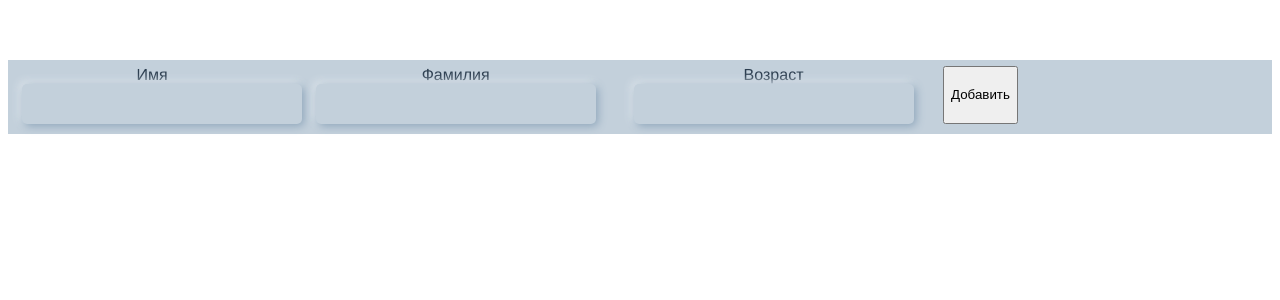
Repository: shum89/test-vue-table
Page: /
These files come from the project's save history. The page is drawn as it stood at one moment and after the next save; the edit follows.
The browser window is 1280 px wide. The pictures show the whole page.
The project was rebuilt for these pictures with package versions that can differ from the ones it lists, and the page was loaded fresh each time. Also part of the build but not shown: vue.config.js.

Above is the page before, as saved 2021-07-18 15:38:14.

### src/App.vue
<template>
  <Form @submit="addData" />
  <Table @remove="removeData" :list="list" />
</template>
<script>
import { uuid } from 'vue-uuid';
import { ref } from 'vue';
import Form from './components/Form.vue';
import Table from './components/Table.vue';

export default {
  components: { Form, Table },
  setup() {
    const list = ref([]);

    const normalizeString = (str) => {
      const result = str.charAt(0).toUpperCase() + str.slice(1).toLowerCase();
      return result;
    };

    const addData = (person) => {
      list.value.push({
        firstName: normalizeString(person.firstName),
        lastName: normalizeString(person.lastName),
        age: person.age,
        id: uuid.v1(),
      });
    };

    const removeData = (id) => {
      list.value = list.value.filter((i) => i.id !== id);
    };

    return {
      list,
      addData,
      removeData,
    };
  },
};
</script>
<script></script>

<style>
body {
  --base: #090e10;
  --base1: #ebeff3;
  --base2: #c3d0db;
  --base3: #88a1b7;
  --baseDark1: #396387;
  --baseDark2: #204566;
  --baseDark3: #152e44;
  --input-shadow: 2px 2px 9px var(--base3), -2px -2px 9px var(--base1);
  --input-shadow-active: inset 2px 2px 6px var(--base3), inset -2px -2px 6px var(--base1),
    1px 1px 6px var(--base3), -1px -1px 6px var(--base1);
  --shadow-transition: all 0.25s cubic-bezier(0.17, 0.67, 0.83, 0.67);
}
fieldset {
  border: none;
}
#app {
  font-family: Avenir, Helvetica, Arial, sans-serif;
  -webkit-font-smoothing: antialiased;
  -moz-osx-font-smoothing: grayscale;
  text-align: center;
  color: #2c3e50;
  margin-top: 60px;
  background: var(--base2);
  box-sizing: border-box;
}
.table__row-group {
  display: flex;
  align-items: center;
  flex-direction: column;
}
.table__row {
  display: grid;
  gap: 5px;
  grid-template-columns: repeat(3, 1fr);
  justify-content: center;
  max-width: 500px;
  width: 100%;
}
</style>

### src/components/Form.vue
<template>
  <form @submit.prevent="onSubmit">
    <fieldset class="form__fieldset">
      <label for="firstName">
        <span>Имя</span>
        <input class="form__input" v-model="person.firstName" type="text" id="firstName" />
      </label>

      <label for="lastName">
        <span>Фамилия</span>
        <input class="form__input" v-model="person.lastName" type="text" id="lastName" />
      </label>

      <label for="age">
        <span>Возраст</span>
        <input class="form__input" v-model="person.age" type="number" id="age" />
      </label>

      <button type="submit">Добавить</button>
    </fieldset>
  </form>
</template>

<script>
import { reactive } from 'vue';

export default {
  setup(_, { emit }) {
    const person = reactive({
      firstName: '',
      lastName: '',
      age: '',
    });
    const onSubmit = () => {
      emit('submit', person);
    };

    return { onSubmit, person };
  },

  name: 'Form',
  inheritAttrs: false,
};
</script>

<style scoped>
.form__input {
  border: none;
  appearance: none;
  width: 100%;
  max-width: 250px;
  border-radius: 10px;
  font-size: 15px;
  line-height: 20px;
  min-height: 20px;
  padding: 10px 15px;
  background: var(--base2);
  box-shadow: var(--input-shadow);
  border-radius: 5px;
  transition: var(--shadow-transition);
}
.form__input:focus-within {
  transition: var(--shadow-transition);
  box-shadow: var(--input-shadow-active);
  border: var(--baseDark3);
  outline: 0;
}
.form__fieldset {
  display: flex;
  gap: 25px;
}
</style>

### src/components/Table.vue
<template>
  <div v-if="list.length > 0" class="table" role="grid" aria-colcount="3">
    <div class="table__row-group" role="rowgroup">
      <div class="table__row" role="row">
        <span role="columnheader" aria-colindex="1">First Name</span>
        <span role="columnheader" aria-colindex="2">Last Name</span>
        <span role="columnheader" aria-colindex="3">Age</span>
      </div>
    </div>
    <div class="table__row-group" role="rowgroup">
      <div class="table__row" v-for="listItems in list" :key="listItems.id" role="row">
        <div aria-colindex="1" role="gridcell">
          <span> {{ listItems.firstName }}</span>
        </div>
        <div aria-colindex="2" role="gridcell">
          <span> {{ listItems.lastName }}</span>
        </div>
        <div aria-colindex="3" role="gridcell">
          <span>{{ listItems.age }}</span>
        </div>
        <button @click="removeData(listItems.id)">X</button>
      </div>
    </div>
  </div>
</template>

<script>
export default {
  props: {
    list: Array,
  },
  setup(_, { emit }) {
    const removeData = (id) => {
      emit('remove', id);
    };
    return { removeData };
  },
  name: 'Table',
};
</script>

<style></style>

Loaded but not shown: public/index.html (common file); src/main.js (common file)

After the next save:
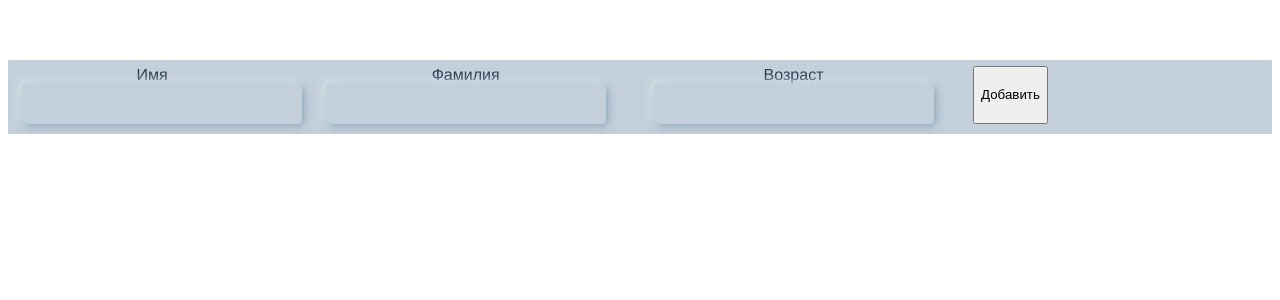
Saved 24 s later.
--- a/src/components/Form.vue
+++ b/src/components/Form.vue
@@ -67,6 +67,6 @@ export default {
 }
 .form__fieldset {
   display: flex;
-  gap: 25px;
+  gap: 35px;
 }
 </style>
